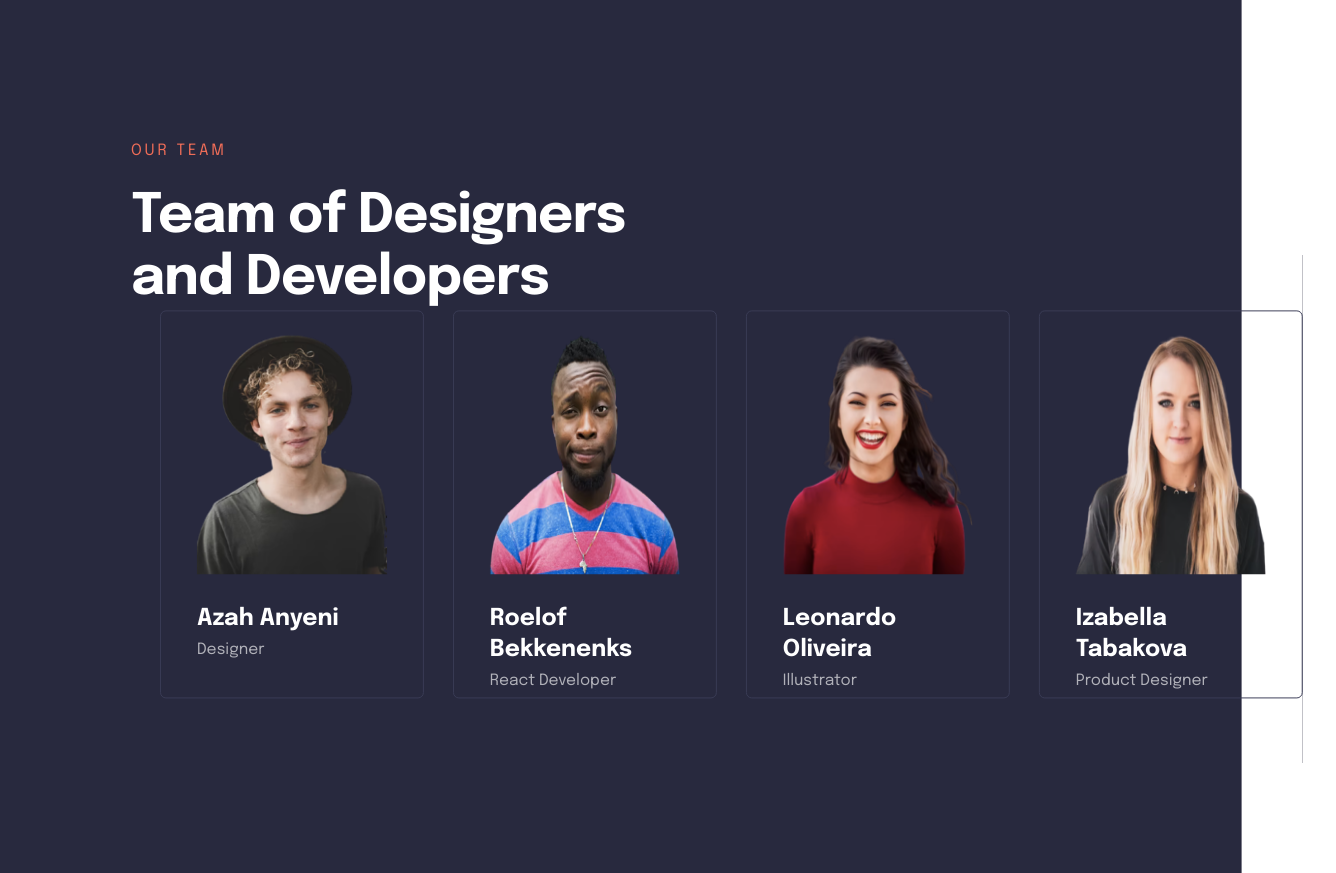
Repository: FaridRustamov09/task13
Page: index.html
The author's editor kept a copy of each file at every save. The page is drawn from the files as they stood at one save, then again after a run of saves.
The browser window is 1280 px wide. The page is 1343 px wide, then 1377 px, then 1343 px, so the pictures cover 1377 px, including what lies to the right of the window. The pictures show the whole page, at 97% of full size.

Above is the page before, as saved 2023-11-27 19:00:53.

### index.html
<!DOCTYPE html>
<html lang="en">
  <head>
    <meta charset="UTF-8" />
    <meta name="viewport" content="width=device-width, initial-scale=1.0" />
    <title>Document</title>
    <link rel="stylesheet" href="index.css" />
  </head>
  <body>
    <div class="container">
      <div class="texts">
        <h2>Our Team</h2>
        <h1>Team of Designers and Developers</h1>
      </div>
      <div class="box-container">
        <div class="box">

          <img src="Bitmap.png" alt="image human" />
          <h3>Azah Anyeni</h3>
          <p>Designer</p>
        </div>
        <div class="box">
          <img src="Bitmap (1).png" alt="image human" />
          <h3>Roelof Bekkenenks</h3>
          <p>React Developer</p>
        </div>
        <div class="box">
          <img src="Bitmap (2).png" alt="image human" />
          <h3>Leonardo Oliveira</h3>
          <p>Illustrator</p>
        </div>
        <div class="box">
          <img src="Bitmap (3).png" alt="image human" />
          <h3>Izabella Tabakova</h3>
          <p>Product Designer</p>
        </div>
      </div>
    </div>
  </body>
</html>

### index.css
@import url("https://fonts.googleapis.com/css2?family=Epilogue:ital,wght@0,400;0,700;1,800&family=Roboto+Slab:wght@700&display=swap");
* {
  margin: 0;
  padding: 0;
  box-sizing: border-box;
}
.container {
  padding: 140px 135px 180px 135px;
  min-height: 100vh;
  background-color: #28293e;
}
.container .texts h2 {
  margin-bottom: 20px;
  color: #ef6d58;
  font-family: Epilogue;
  font-size: 16px;
  font-style: normal;
  font-weight: 400;
  line-height: 32px;
  letter-spacing: 3px;
  text-transform: uppercase;
}
.container .texts h1 {
  width: 531px;
  height: 128px;
  color: #fff;
  font-family: Epilogue;
  font-size: 56px;
  font-style: normal;
  font-weight: 800;
  line-height: 64px;
  letter-spacing: -1px;
}
.box-container {
  display: flex;
}
.box {
  margin-left: 30px;
  padding: 24px 37px 1px 37px;
  border-radius: 6px;
  border: 1px solid #3a3c56;
}
img:first-child{
  width: 196px;
height: 247px;
}
img:nth-child(2){
  width: 259px;
height: 232px;
}
img:nth-child(3){
  width: 205px;
height: 238px;
}
img:last-child{
  width: 230px;
height: 233px;
}

.box-container .box h3 {
  padding-top: 26px;
  color: #fff;
  font-family: Epilogue;
  font-size: 24px;
  font-style: normal;
  font-weight: 700;
  line-height: 32px;
}
.box-container .box p {
  color: var(--Text_Light_Gray, rgba(255, 255, 255, 0.64));
  font-family: Epilogue;
  font-size: 16px;
  font-style: normal;
  font-weight: 400;
  line-height: 32px;
}
.box-container .box-2 h3 {
  padding-top: 26px;
  color: #fff;
  font-family: Epilogue;
  font-size: 24px;
  font-style: normal;
  font-weight: 700;
  line-height: 32px;
}
.box-container .box-2 p {
  color: var(--Text_Light_Gray, rgba(255, 255, 255, 0.64));
  font-family: Epilogue;
  font-size: 16px;
  font-style: normal;
  font-weight: 400;
  line-height: 32px;
}

After the next 3 saves:
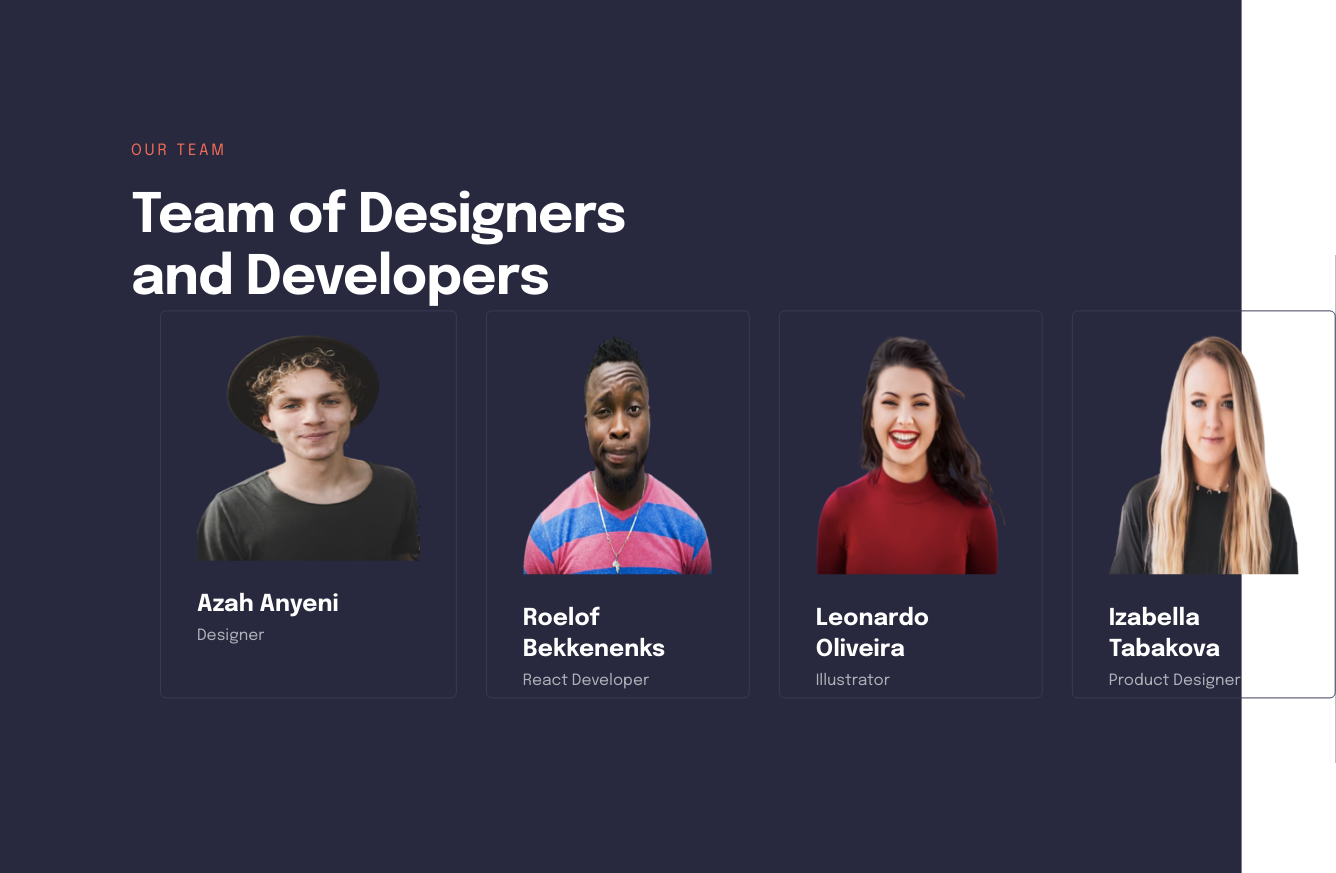
The 3 saves are shown as one change because they came seconds apart.
The last was saved 11 s later.
--- a/index.html
+++ b/index.html
@@ -14,8 +14,9 @@
       </div>
       <div class="box-container">
         <div class="box">
-
-          <img src="Bitmap.png" alt="image human" />
+          <div class="img-border">
+            <img src="Bitmap.png" alt="image human" />
+          </div>
           <h3>Azah Anyeni</h3>
           <p>Designer</p>
         </div>

After the save that followed:
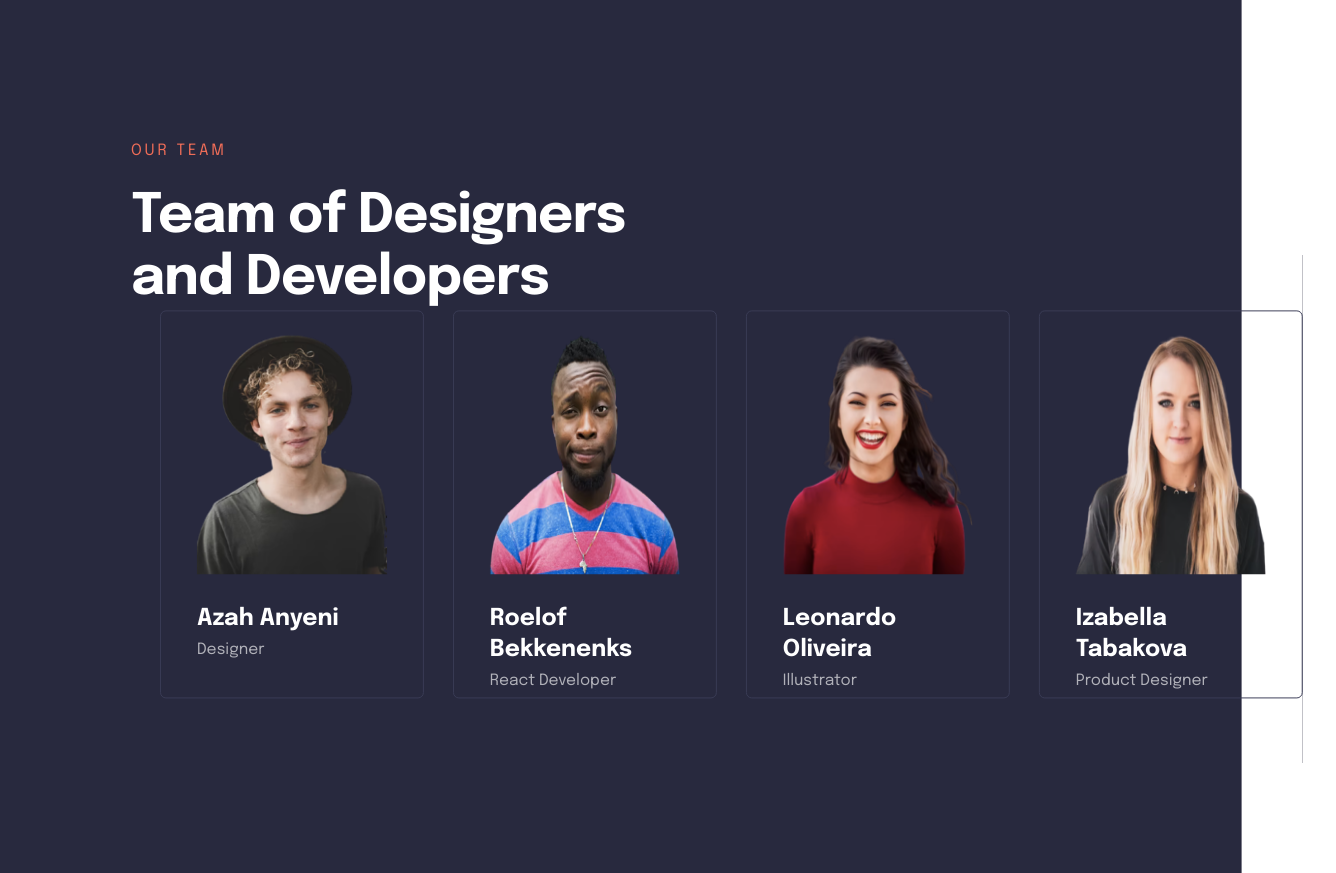
Saved 4 s later.
--- a/index.css
+++ b/index.css
@@ -40,6 +40,7 @@
   border-radius: 6px;
   border: 1px solid #3a3c56;
 }
+.box
 img:first-child{
   width: 196px;
 height: 247px;
